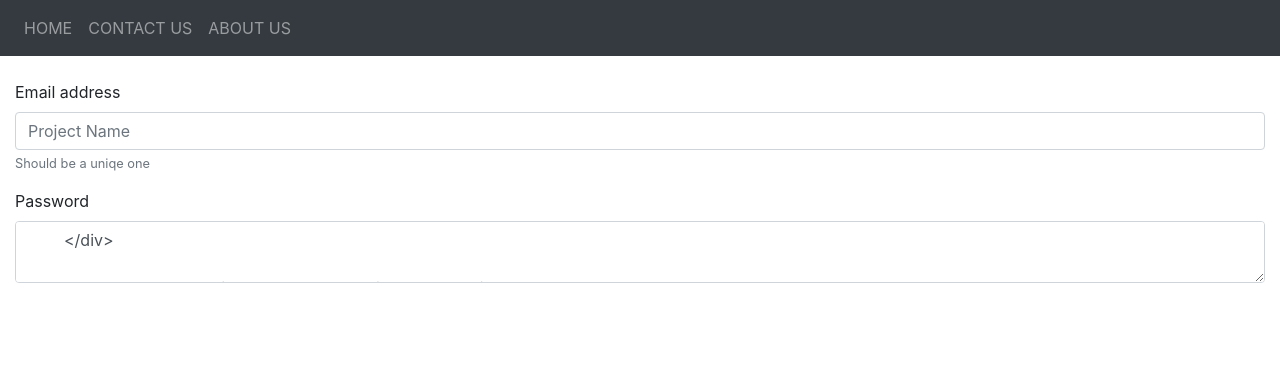
Repository: ROCKY-SAM/laravel5.7
Page: http://localhost/project/create
These files come from the project's save history. The page is drawn as it stood at one moment and after the next save; the edit follows.
The browser window is 1280 px wide. The pictures show the whole page.
The page is served by the project's Laravel application, run on PHP 8.4 with Laravel 8. Other server files are loaded and not shown.

Above is the page before, as saved 2018-11-11 14:50:05.

### routes/web.php
<?php

/*
|--------------------------------------------------------------------------
| Web Routes
|--------------------------------------------------------------------------
|
| Here is where you can register web routes for your application. These
| routes are loaded by the RouteServiceProvider within a group which
| contains the "web" middleware group. Now create something great!
|
*/

Route::get('/','PagesController@home');
Route::get('/contact','PagesController@contact');
Route::get('/about','PagesController@about');
Route::get('/project/create','PagesController@create');

### app/Http/Controllers/PagesController.php
<?php

namespace App\Http\Controllers;

use Illuminate\Http\Request;
use App\Project;
class PagesController extends Controller
{
    //

    public function home(){
        $project = Project::all();
        return view('welcome',[
            'foo' => 'Laravel',
            'projects' => $project
        ]);
    }
    public function about(){
        return view('about');
    }
    public function contact(){
        return view('contact');
    }
    public function create(){
        return view('projectCreate');
    }
}

### resources/views/projectCreate.blade.php
@extends('layout')

@section('title')
    New Project
@endsection


@section('content')
    <form>
        <div class="form-group">
          <label for="exampleInputEmail1">Email address</label>
          <input type="text" class="form-control" id="exampleInputEmail1" aria-describedby="emailHelp" placeholder="Project Name">
          <small id="emailHelp" class="form-text text-muted">Should be a uniqe one</small>
        </div>
        <div class="form-group">
          <label for="exampleInputPassword1">Password</label>
          <textarea class="form-control" id="exampleInputPassword1" placeholder="Description">
        </div>

        <button type="submit" class="btn btn-primary">Submit</button>
    </form>
@endsection

### resources/views/layout.blade.php
<!DOCTYPE html>
<html lang="en">
  <head>
    <meta charset="utf-8">
    <meta http-equiv="X-UA-Compatible" content="IE=edge">
    <title>@yield('title','SAM LARAVEl')</title>
    <meta name="viewport" content="width=device-width, initial-scale=1">
    <link rel="stylesheet" href="https://maxcdn.bootstrapcdn.com/bootstrap/4.1.3/css/bootstrap.min.css">
    <script src="https://ajax.googleapis.com/ajax/libs/jquery/3.3.1/jquery.min.js"></script>
    <script src="https://cdnjs.cloudflare.com/ajax/libs/popper.js/1.14.3/umd/popper.min.js"></script>
    <script src="https://maxcdn.bootstrapcdn.com/bootstrap/4.1.3/js/bootstrap.min.js"></script>
  </head>
  <body>

    <nav class="navbar navbar-expand-sm bg-dark navbar-dark fixed-top">
        <ul class="navbar-nav">
          <li class="nav-item">
            <a class="nav-link" href="/">HOME</a>
          </li>
          <li class="nav-item">
            <a class="nav-link" href="/contact">CONTACT US</a>
          </li>
          <li class="nav-item">
            <a class="nav-link" href="/about">ABOUT US</a>
          </li>
        </ul>
      </nav>




      <div class="container-fluid" style="margin-top:80px">
            @yield('content')
          </div>


    <script src="https://ajax.googleapis.com/ajax/libs/jquery/3.3.1/jquery.min.js"></script>
  </body>
</html>

Loaded but not shown: app/Providers/AppServiceProvider.php (common file); app/Http/Controllers/Controller.php (common file)

After the next save:
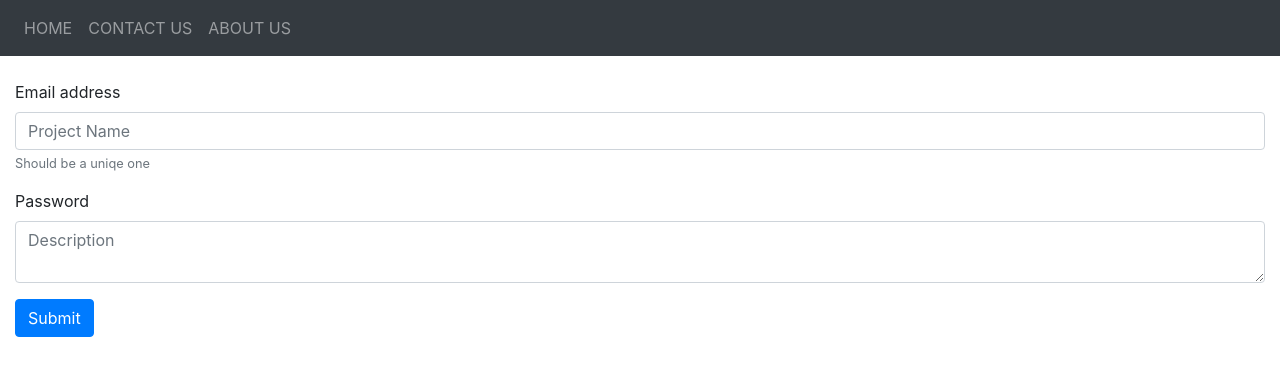
Saved 4 s later.
--- a/resources/views/projectCreate.blade.php
+++ b/resources/views/projectCreate.blade.php
@@ -14,7 +14,7 @@
         </div>
         <div class="form-group">
           <label for="exampleInputPassword1">Password</label>
-          <textarea class="form-control" id="exampleInputPassword1" placeholder="Description">
+          <textarea class="form-control" id="exampleInputPassword1" placeholder="Description"></textarea>
         </div>
 
         <button type="submit" class="btn btn-primary">Submit</button>
